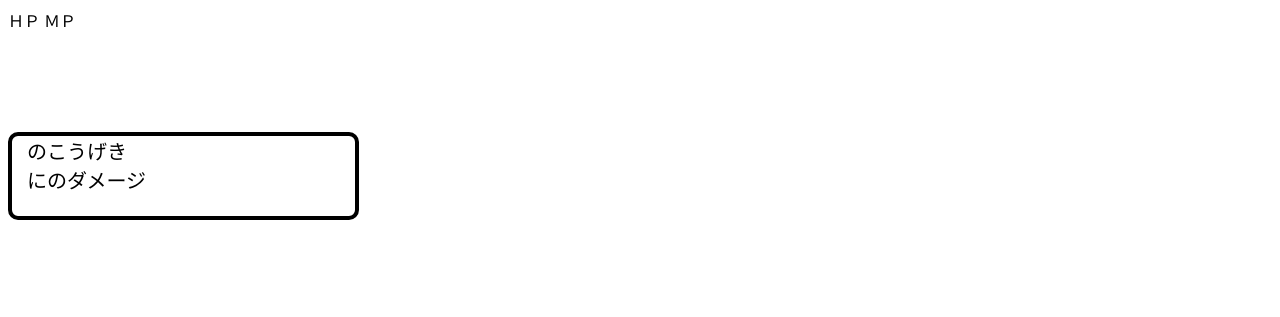
Repository: kousuke-2047/test
Page: http://localhost/Oldmove/battle.jsp
These files come from the project's save history. The page is drawn as it stood at one moment and after the next save; the edit follows.
The browser window is 1280 px wide. The pictures show the whole page.
The page is served by Tomcat 9.

Above is the page before, as saved 2018-06-25 08:26:24.

After the next save:
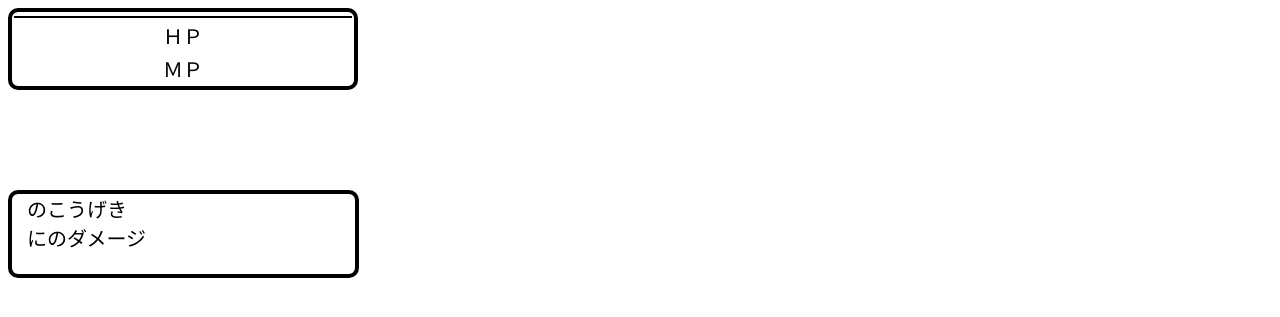
Saved 106 s later.
--- a/Oldmove/WebContent/battle.jsp
+++ b/Oldmove/WebContent/battle.jsp
@@ -10,6 +10,7 @@
 </head>
 <body>
 	<a href ='<s:url action="BattleAction"/>'>
+	<table>
 		<tr  class="namebox">
 			<td class="smalltd"></td>
 				<s:iterator value="displayList">
